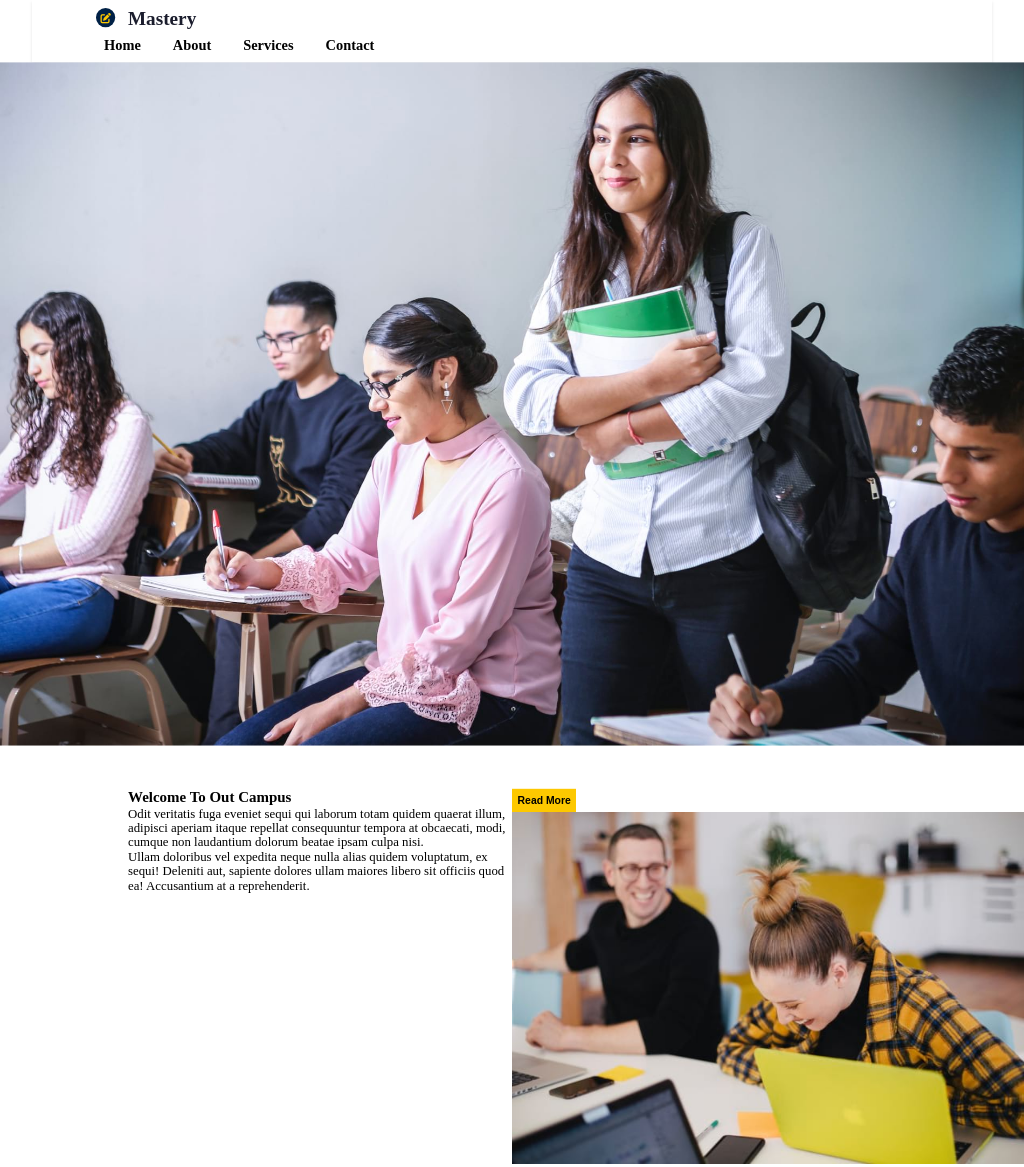
Repository: trminhphuc1504/Mastery
Page: index.html
An editor plug-in stored every save of this project. The page is shown before and after the next save, followed by the edit.
The browser window is 1280 px wide. The pictures show the whole page, at 80% of full size.
Some web libraries are served in a nearby version.

Above is the page before, as saved 2024-08-22 16:19:43.

### index.html
<!DOCTYPE html>
<html lang="en">
  <head>
    <meta charset="UTF-8" />
    <meta http-equiv="X-UA-Compatible" content="IE=edge" />
    <meta name="viewport" content="width=device-width, initial-scale=1.0" />

    <!-- Font Awesome -->
    <link
      rel="stylesheet"
      href="https://cdnjs.cloudflare.com/ajax/libs/font-awesome/6.6.0/css/all.min.css"
    />

    <link rel="stylesheet" href="./css/style.css" />
    <title>Mastery</title>
  </head>
  <body>
    <!-- Header -->
    <section id="header">
      <div class="container">
        <header>
          <div class="header-logo">
            <a href="#" class="logo">
              <i class="fa-solid fa-pen-to-square"> </i>
              <span class="header-title">Mastery</span>
            </a>
          </div>

          <nav class="header-nav">
            <ul>
              <li>
                <a href="#">Home</a>
              </li>
              <li>
                <a href="#">About</a>
              </li>
              <li>
                <a href="#">Services</a>
              </li>
              <li>
                <a href="#">Contact</a>
              </li>
            </ul>
          </nav>
        </header>
      </div>
    </section>

    <!-- poster -->
    <section id="poster">
      <div class="poster-img">
        <img src="./images/2.jpg" alt="poster" />
      </div>
    </section>

    <!-- banner -->

    <section id="banner">
      <div class="banner-content">
        <div class="banner-container">
          <div class="banner-item">
            <div id="left">
              <h3 class="banner-title">Welcome To Out Campus</h3>
              <p class="banner-desc">
                Odit veritatis fuga eveniet sequi qui laborum totam quidem
                quaerat illum, adipisci aperiam itaque repellat consequuntur
                tempora at obcaecati, modi, cumque non laudantium dolorum beatae
                ipsam culpa nisi.<br />
                Ullam doloribus vel expedita neque nulla alias quidem
                voluptatum, ex sequi! Deleniti aut, sapiente dolores ullam
                maiores libero sit officiis quod ea! Accusantium at a
                reprehenderit.
              </p>
            </div>
          </div>
        </div>
        <div class="banner-button">
          <button class="banner-btn"><b> Read More </b></button>
        </div>
        <div class="banner-img">
          <img src="./images/g1.jpg" alt="banner" />
        </div>
      </div>
    </section>
  </body>
</html>

### css/style.css
* {
    margin: 0;
    padding: 0;
    box-sizing: border-box;
}

a{
    text-decoration: none;
}

.container{
    max-width: 1200px;
    margin: auto;
}



/* header .header-logo{
    background-color:pink;
    padding: 20px ;
} */

/* Header */

header{
    background-color:white;
    padding: 10px 0;
    box-shadow: 0 2px 4px rgba(0, 0, 0, 0.1);
}

.header-logo{
    display: flex;
    align-items:center;
    margin-left: 80px;
    margin-bottom: 10px;
}

.logo{
    font-size:24px;
    text-decoration: none;
    text-align: center;

}

.logo i{
    width: 24px;
    height: 24px;
    margin-right: 10px;
    line-height: 24px;
    border-radius:50%;
    background-color:#002146;
    font-size: 13px;
    vertical-align: top;
    color:#FDC800;
    display: inline-block;
}


.header-nav ul{
    list-style: none;
    display: flex;
    gap: 40px;
    display: flex;
    align-items: center;
    margin-left:90px;
}


.logo .header-title{
    color:#1B1D2D;
    font-weight: 700;
}


.header-nav ul li a{
    font-size:18px;
    color:#000;
    font-weight: 600;
}

/* Poster */
.poster-img img{
    width:100%;
}

/* Banner */

#banner .banner-content .banner-container{
    margin:auto;
    width:75%;
}

#banner .banner-content .banner-container .banner-item #left{
    float:left;
    width: 50%;
}

#banner .banner-content .banner-container{
    padding-top: 50px;
}





.banner-button .banner-btn{
    background-color:#FDC800;
    padding: 5px 5px;
    font-weight: 400;
    font-size: 13px;
    outline: none;
    border:2px solid transparent;
}

.banner .banner-img img{
    width:100%;
}

After the next save:
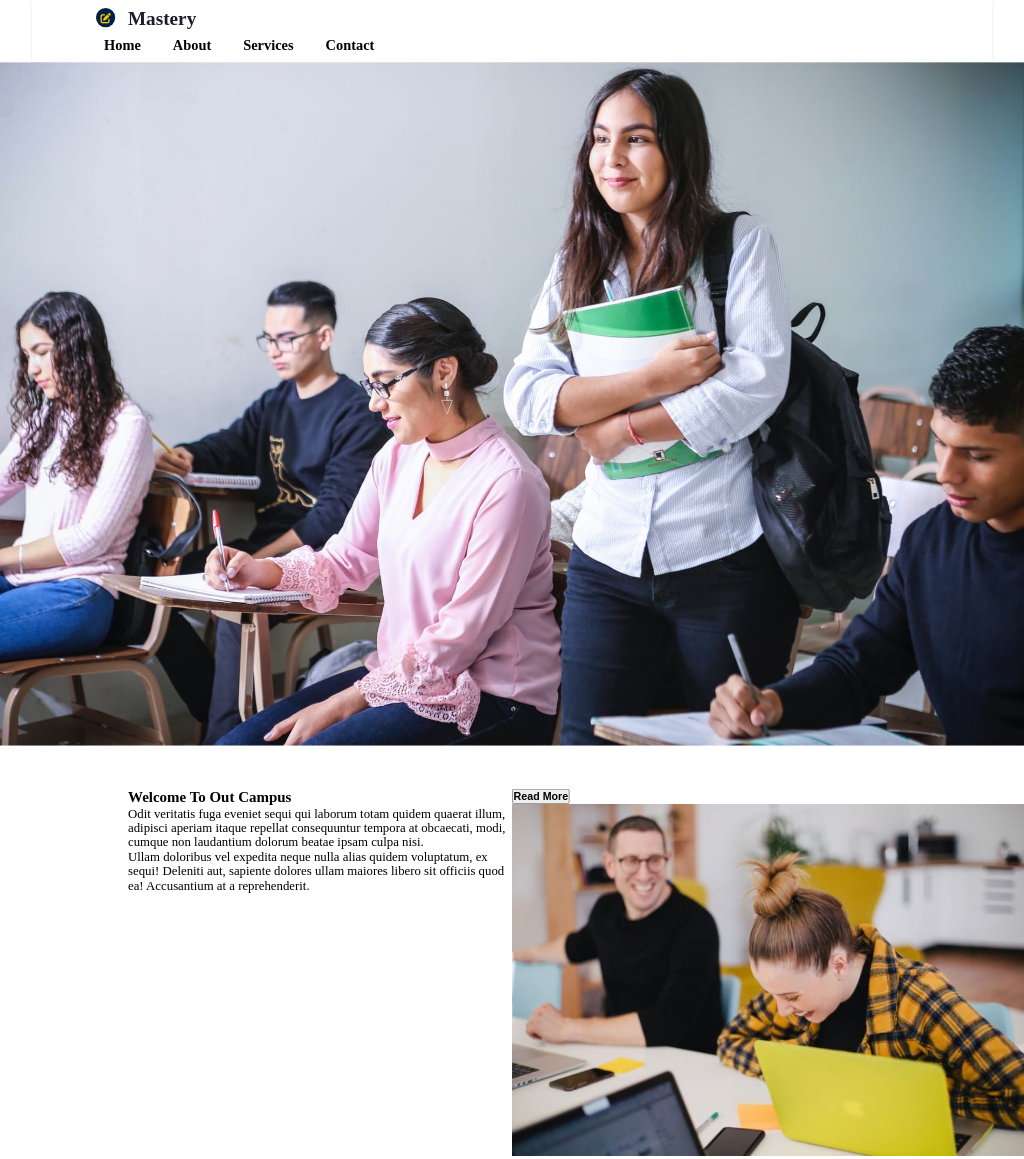
Saved 2 min 0 s later.
--- a/css/style.css
+++ b/css/style.css
@@ -99,7 +99,7 @@
     padding-top: 50px;
 }
 
-
+#banner .banner-content .banner-container .banner-item
 
 
 

After the 2 saves that followed:
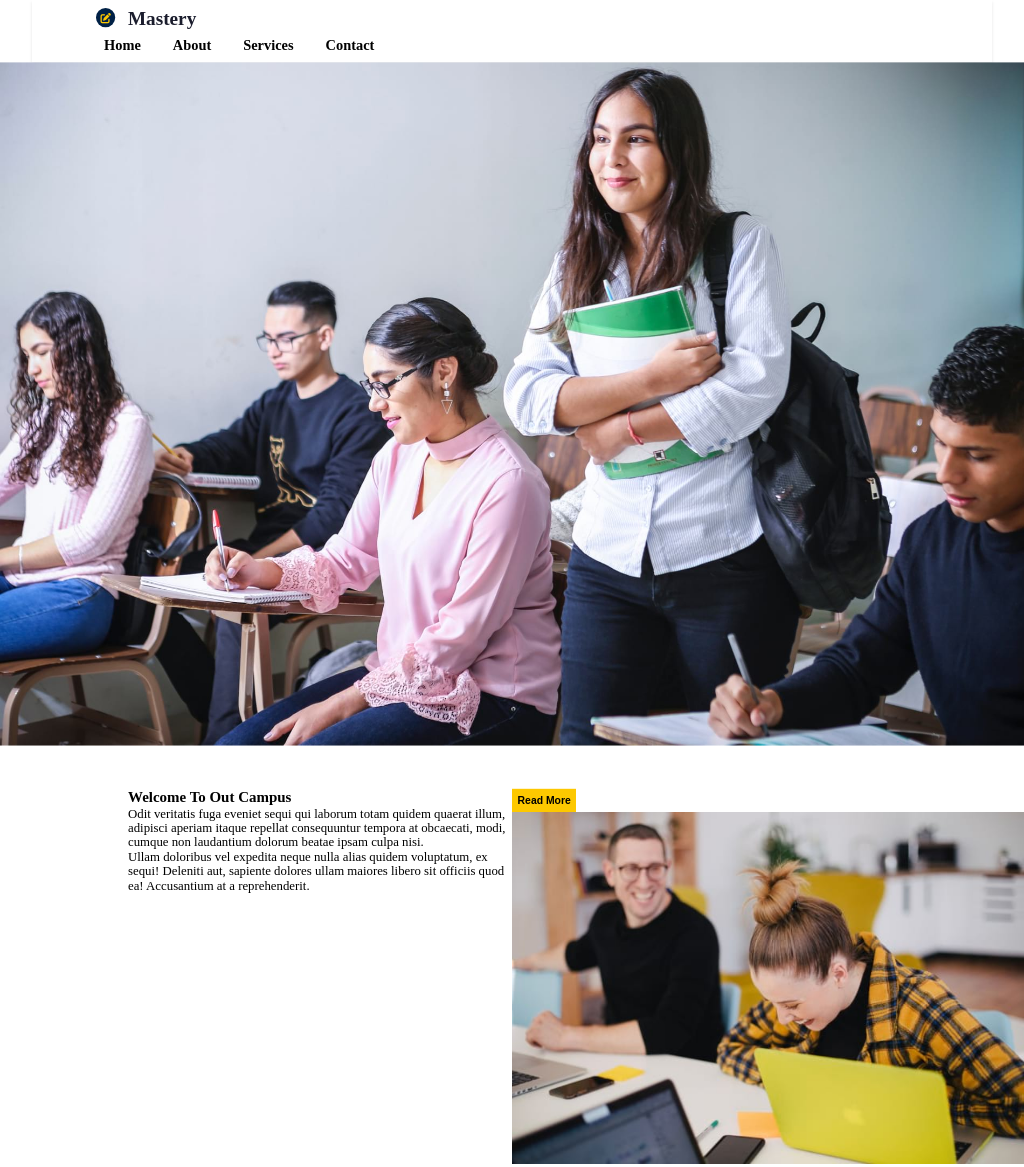
The 2 saves are shown as one change because 1 left the picture as it was.
The last was saved 30 s later.
--- a/index.html
+++ b/index.html
@@ -77,7 +77,7 @@
         <div class="banner-button">
           <button class="banner-btn"><b> Read More </b></button>
         </div>
-        <div class="banner-img">
+        <div class="banner-right">
           <img src="./images/g1.jpg" alt="banner" />
         </div>
       </div>
--- a/css/style.css
+++ b/css/style.css
@@ -99,7 +99,10 @@
     padding-top: 50px;
 }
 
-#banner .banner-content .banner-container .banner-item
+#banner .banner-content .banner-container .banner-item .banner-right{
+    float:right;
+    width: 50%;
+}
 
 
 
